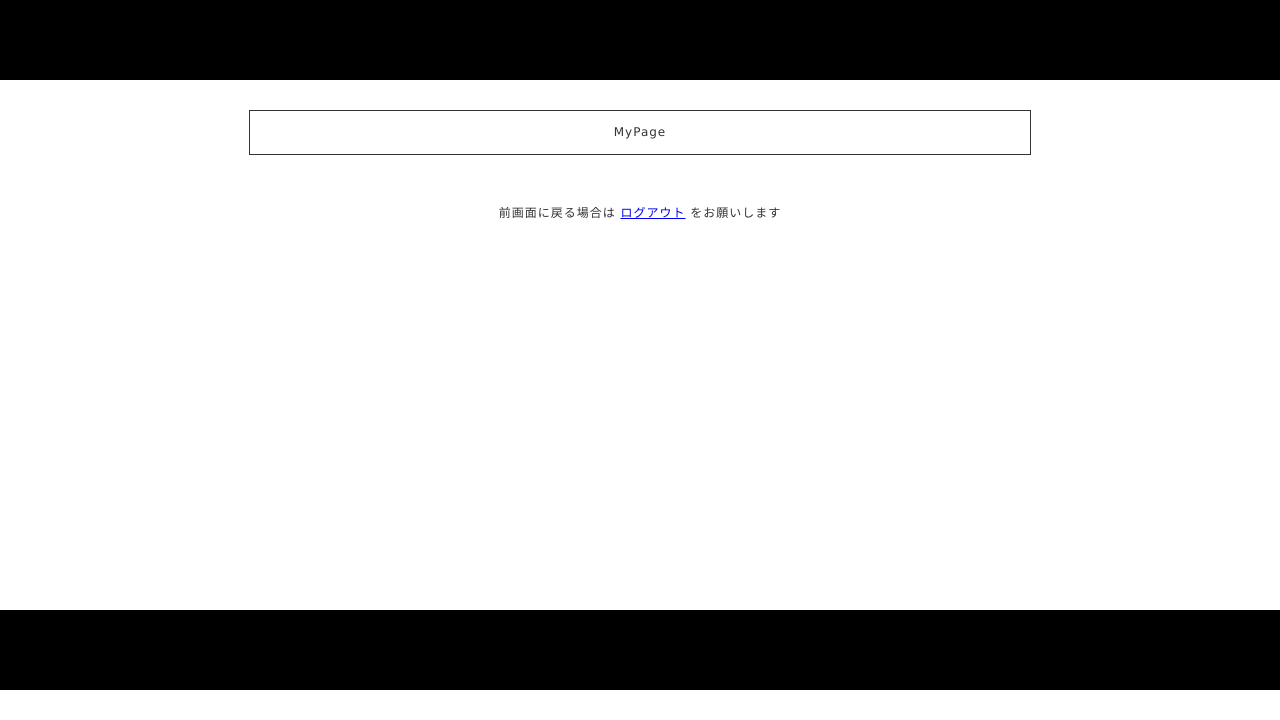
Repository: Numanaka/test
Page: http://localhost/template/myPage.jsp
An editor plug-in stored every save of this project. The page is shown before and after the next save, followed by the edit.
The browser window is 1280 px wide. The pictures show the whole page.
The page is served by Tomcat 9.

Above is the page before, as saved 2019-07-09 02:11:17.

After the next save:
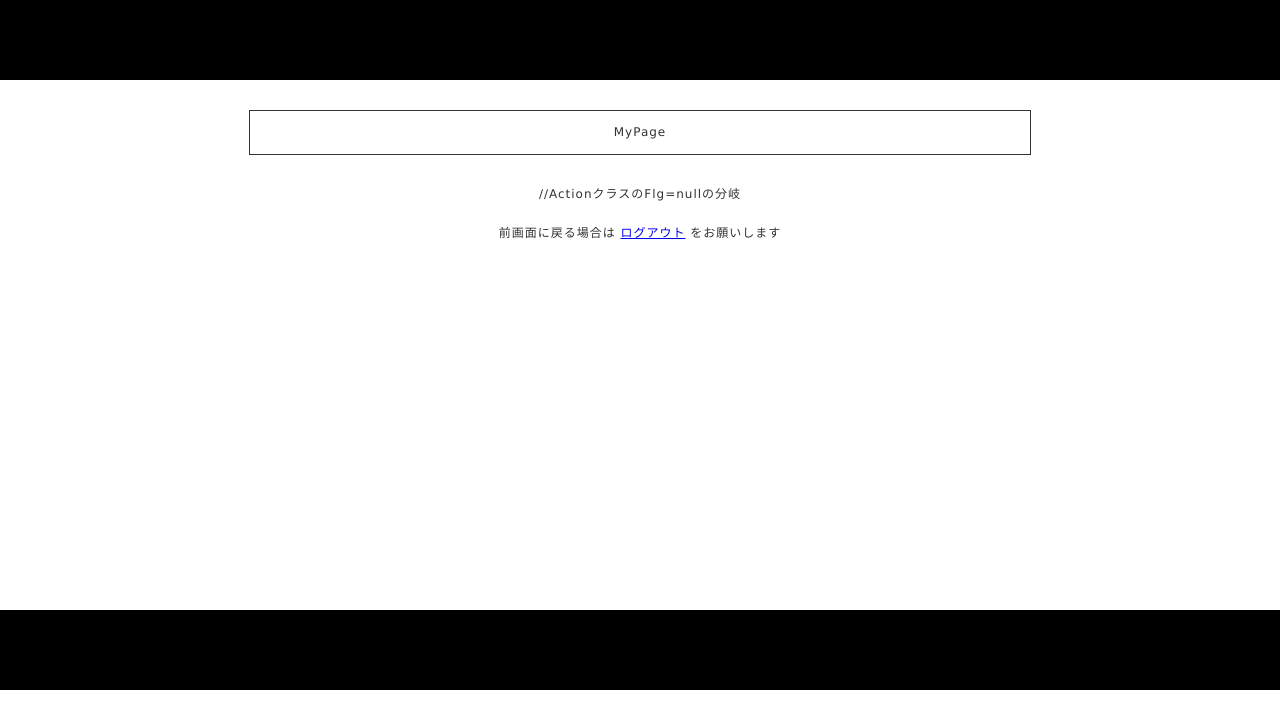
Saved 19 min 24 s later.
--- a/template/WebContent/myPage.jsp
+++ b/template/WebContent/myPage.jsp
@@ -70,6 +70,7 @@
 		<p>MyPage</p>
 	</div>
 	<div>
+		//ActionクラスのFlg=nullの分岐
 		<s:if test="session.message == '' ">
 			<h3>ご購入情報は以下になります。</h3>
 			<table>
